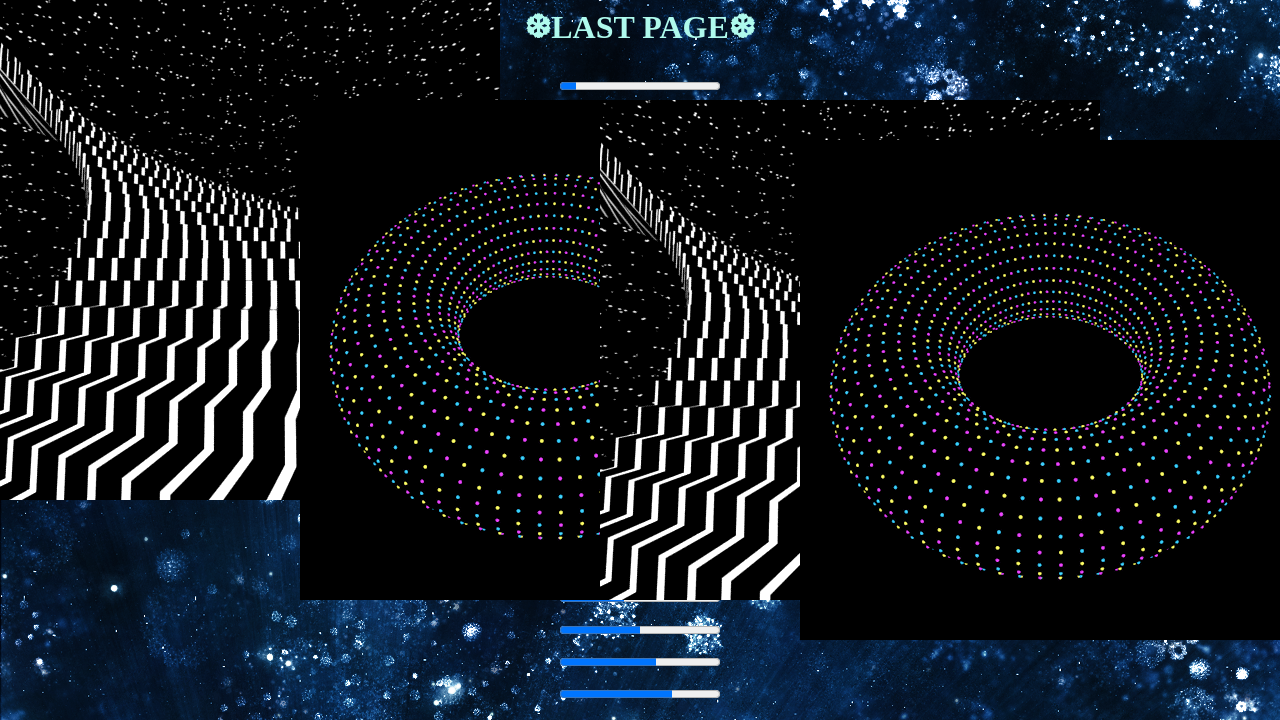
Repository: hanj291/hanj291.github.io
Page: CSS_composition/page5.html
The author's editor kept a record of every edit. The page is drawn from the files as they stood at one moment, then again after the next edit.
The browser window is 1280 px wide. The pictures show the whole page.

Above is the page before.

After the next edit:
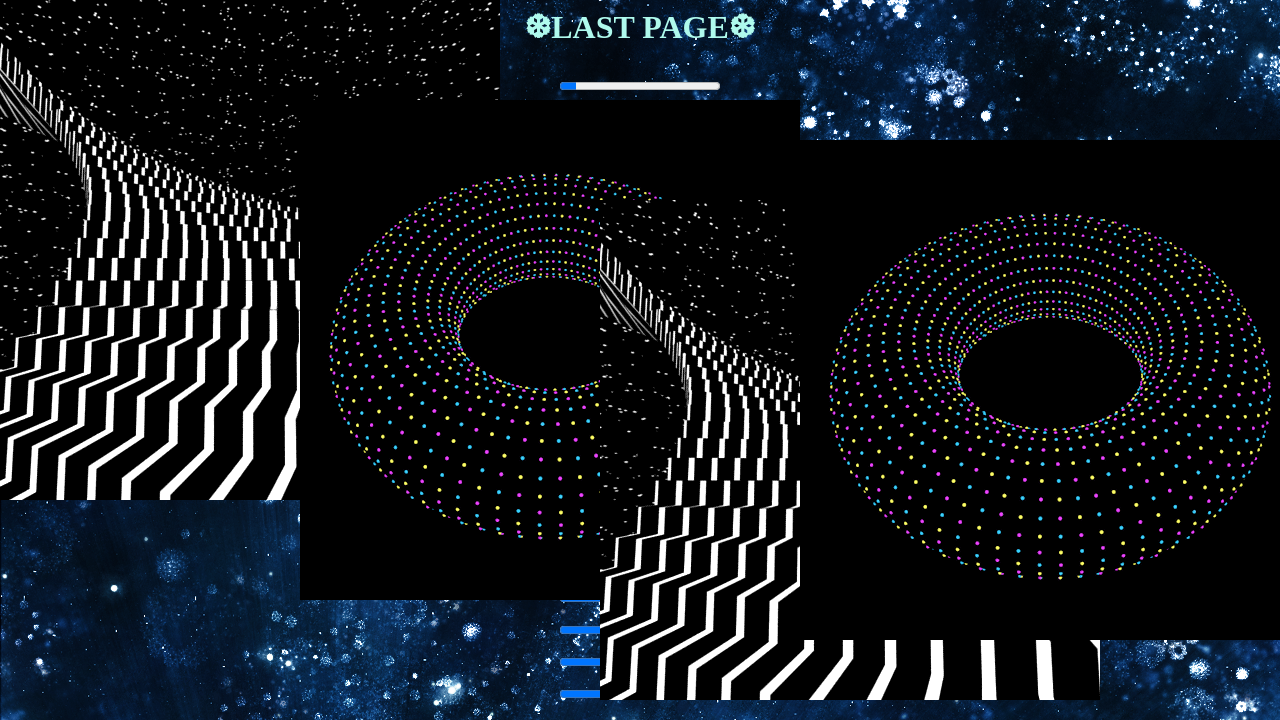
The edit:
--- a/CSS_composition/page5css.css
+++ b/CSS_composition/page5css.css
@@ -27,7 +27,7 @@
     height: 500px;
     position: absolute;
     left:600px;
-    top: 100px;
+    top: 200px;
     z-index: 1;
     background-image: url(image/cc.gif);
 }
